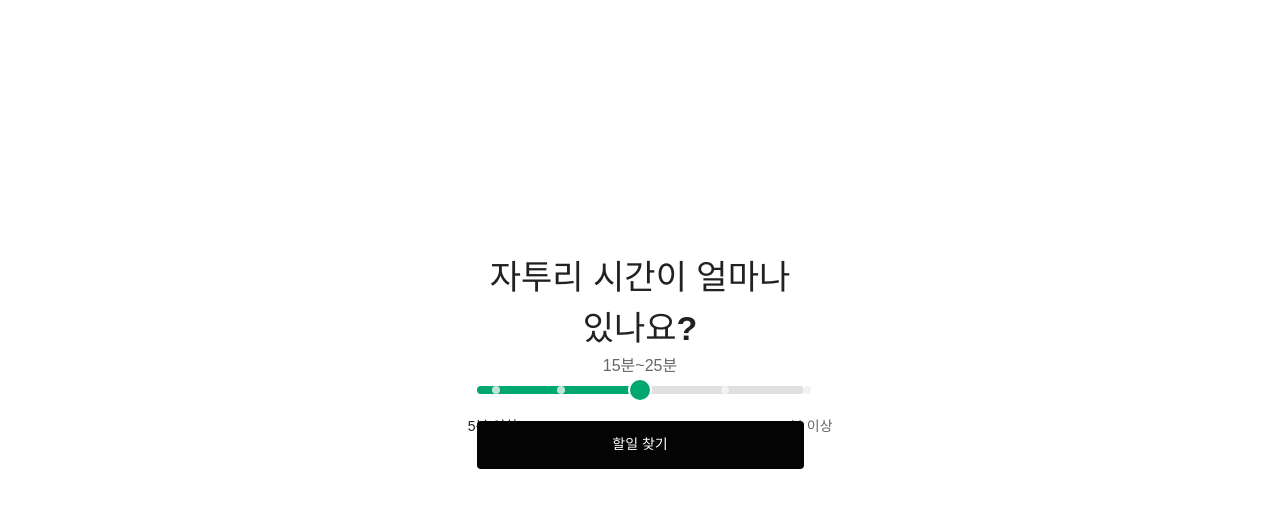
Repository: Tickley-Team/Tickley
Page: /survey
The author's editor kept a copy of each file at every save. The page is drawn from the files as they stood at one save, then again after a run of saves.
The browser window is 1280 px wide. The pictures show the whole page.
The project was rebuilt for these pictures with package versions that can differ from the ones it lists, and the page was loaded fresh each time. Also part of the build but not shown: vite.config.ts, src/components/BottomNavbar.css, src/components/BottomNavbar.tsx, src/hooks/useLocalStorage.ts, src/stores/timeLeftStore.ts, src/utils.ts, src/components/BasicDialog.tsx, src/pages/Todos.tsx and 12 more.

Above is the page before, as saved 2024-12-09 16:26:17.

After the next 2 saves:
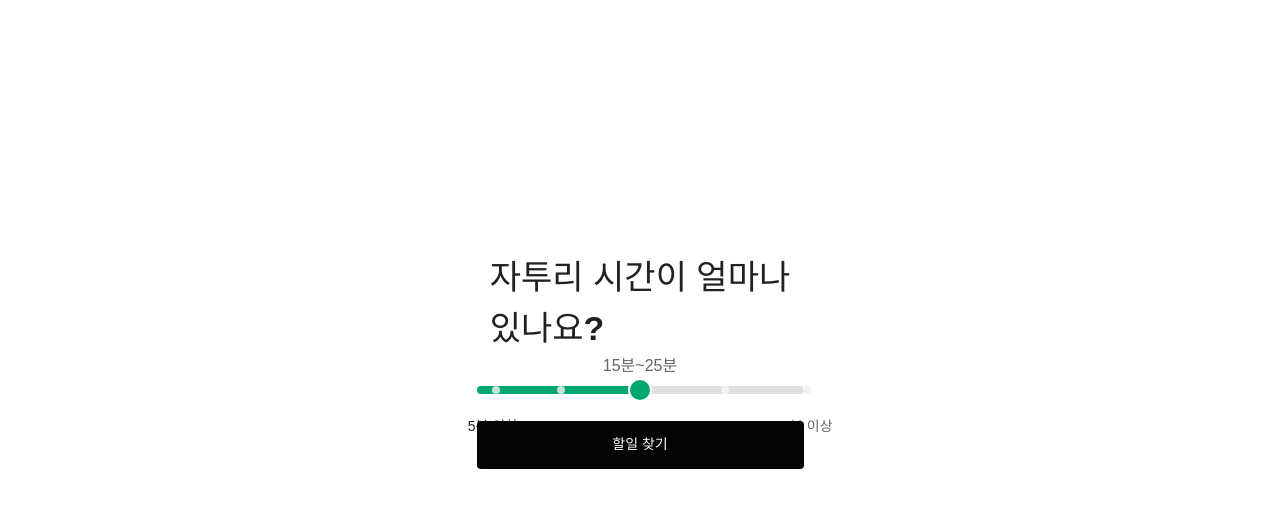
The 2 saves are shown as one change because 1 did not build or start.
The last was saved 36 s later.
--- a/src/pages/SurveySpareTime/index.tsx
+++ b/src/pages/SurveySpareTime/index.tsx
@@ -16,6 +16,7 @@
         variant="title-6-bold-34"
         sx={{
           whiteSpace: 'pre-line',
+          textAlign: 'left',
         }}
       >
         {`자투리 시간이 얼마나\n있나요?`}
